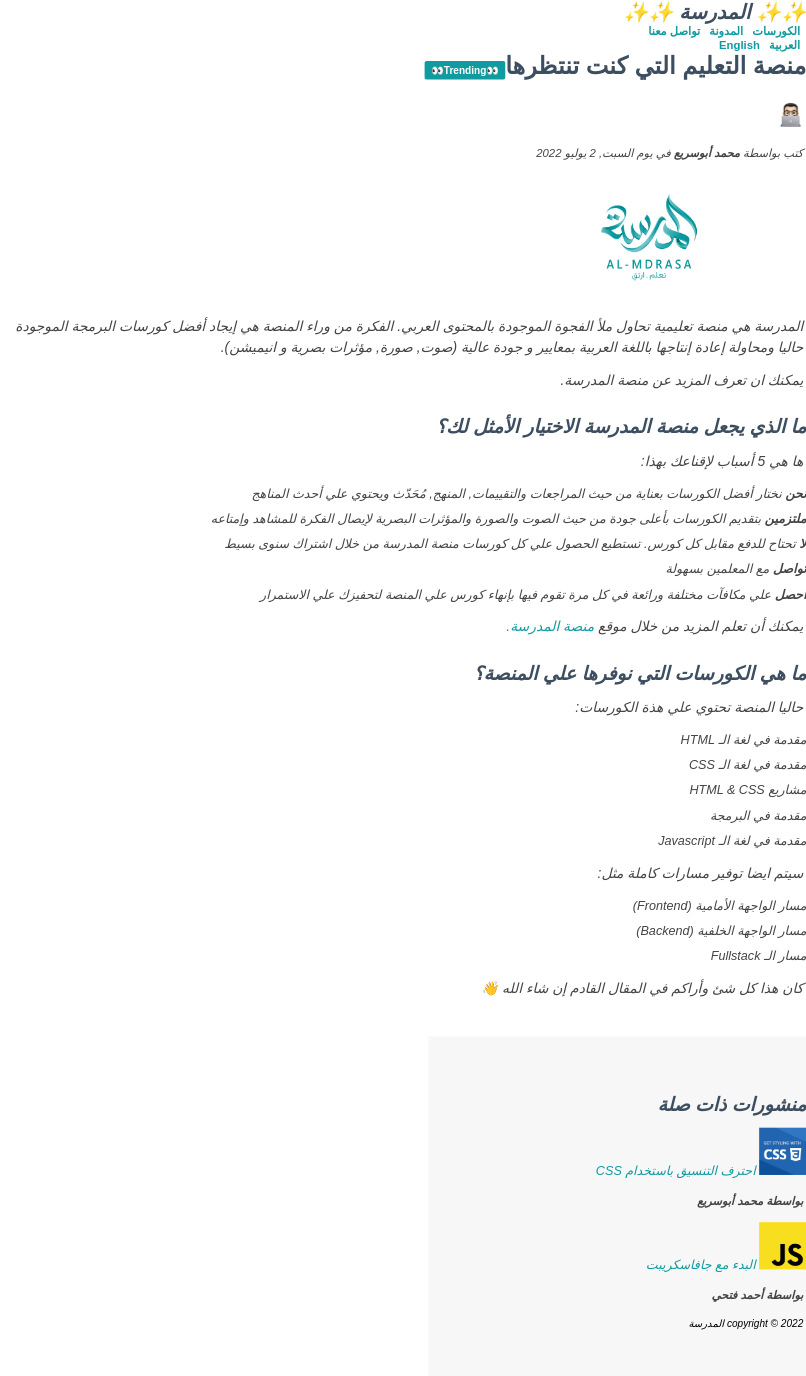
Repository: moataz305G/html-css-learning-project
Page: html&css&layout/index-ar.html
An editor plug-in stored every save of this project. The page is shown before and after the next save, followed by the edit.
The browser window is 1280 px wide. The pictures show the whole page, at 63% of full size.

Above is the page before, as saved 2025-11-08 10:46:37.

### html&css&layout/index-ar.html
<!DOCTYPE html>
<html lang="ar" dir="rtl">
  <head>
    <title>منصة التعليم التي كنت تنتظرها</title>
    <meta charset="UTF-8" />
    <meta
      name="description"
      content=" شارك الاخبار والمعلومات التقنية مع المجتمع التقني"
    />
    <meta
      name="keywords"
      content="المدرسة, تقنية, مدونة, html, css, javascript, برمجة, كود,frontend, backend, fullstack"
    />
    <link href="style.css" rel="stylesheet"/>
  </head>
<div></div>
  <body>
    <header>



      <h1>✨✨ المدرسة ✨✨</h1>
      <nav aria-label="primary navigation">
        <a href="corses.html">الكورسات</a>
        <a href="#">المدونة</a>
        <a href="#">تواصل معنا</a>
      </nav>

      <nav aria-label="language navigation">
        <a href="index-ar.html">العربية</a>
        <a href="index.html">English</a>
      </nav>

    </header>

    <article>
      <header>
        <h2>منصة التعليم التي كنت تنتظرها</h2>

        <img
          src="img/mohamed-abusrea.jpg"
          alt="right a post"
          width="50"
          height="50"
        />

        <p id="author">
          كتب بواسطة <strong>محمد أبوسريع</strong> في يوم السبت, 2 يوليو 2022
        </p>

        <img
          src="img/post-img.jpg"
          alt="picture of almdrasa"
          width="500"
          height="200"
        />
      </header>
      <p>
        <em>المدرسة<em> هي منصة تعليمية تحاول ملأ الفجوة الموجودة بالمحتوى العربي. الفكرة من وراء المنصة هي إيجاد أفضل كورسات البرمجة الموجودة حاليا ومحاولة إعادة إنتاجها  باللغة العربية بمعايير و جودة عالية (صوت, صورة, مؤثرات بصرية و انيميشن).

      </p>
      <p>
         يمكنك ان تعرف المزيد عن منصة المدرسة.
      </p>
      <h3>ما الذي يجعل منصة المدرسة الاختيار الأمثل لك؟</h3>
      <p>ها هي 5 أسباب لإقناعك بهذا:</p>

      <ol>
        <li>
          <strong>نحن</strong> نختار أفضل الكورسات بعناية من حيث المراجعات والتقييمات, المنهج, مُحَدّث ويحتوي علي أحدث المناهج
        </li>
        <li>
          <strong>ملتزمين</strong> بتقديم الكورسات بأعلى جودة من حيث الصوت والصورة والمؤثرات البصرية لإيصال الفكرة للمشاهد وإمتاعه
        </li>
        <li>
          <strong>لا</strong> تحتاح للدفع مقابل كل كورس. تستطيع الحصول علي كل كورسات منصة المدرسة من خلال اشتراك سنوى بسيط
        </li>
        <li><strong>تواصل</strong> مع المعلمين بسهولة</li>
        <li>
          <strong>احصل</strong> علي مكافآت مختلفة ورائعة في كل مرة تقوم فيها بإنهاء كورس علي المنصة لتحفيزك علي الاستمرار
        </li>
      </ol>

      <p>
        يمكنك أن تعلم المزيد من خلال موقع
        <a href="https://almdrasa.com" target="_blank">منصة المدرسة. </a>
      </p>
      <h3>ما هي الكورسات التي نوفرها علي المنصة؟</h3>
      <p>
        حاليا المنصة تحتوي علي هذة الكورسات:
      </p>

      <ul>
        <li>مقدمة في لغة الـ HTML</li>
        <li>مقدمة في لغة الـ CSS</li>
        <li>مشاريع HTML & CSS</li>
        <li>مقدمة في البرمجة</li>
        <li>مقدمة في لغة الـ Javascript</li>
      </ul>

      <p>سيتم ايضا توفير مسارات كاملة مثل:      </p>

      <ul>
        <li>مسار الواجهة الأمامية (Frontend)</li>
        <li>مسار الواجهة الخلفية (Backend)</li>
        <li>مسار الـ Fullstack</li>
      </ul>

      <p>كان هذا كل شئ وأراكم في المقال القادم إن شاء الله 👋</p>

    </article>

    <aside>
      <h3>
        <strong> منشورات ذات صلة </strong>
      </h3>

      <ul class="related-post">
        <li>
          <img
            src="img/related-1.jpg"
            alt="related picture"
            width="75"
            height="75"
          />
          <a href="#"> احترف التنسيق باستخدام CSS</a>
          <p class="related-author">بواسطة محمد أبوسريع</p>
        </li>

        <li>
          <img
            src="img/related-2.jpg"
            alt="related picture"
            width="75"
            height="75"
          />
          <a href="#">البدء مع جافاسكريبت</a>
          <p class="related-author">بواسطة أحمد فتحي</p>
        </li>
      </ul>
    <footer>
      <p id="copyright">
      copyright &#169; 2022 المدرسة
      </p>
    </footer>
  </body>
</html>

### html&css&layout/style.css
/*h1,
h2,
h3,
h4,
p,
a,
li {
  font-family: sans-serif;
  color: #444;
}*/
* {
  margin: 0;
  padding: 0;
}
body {
  position: relative;
  font-family: sans-serif;
  color: #444;
}
.container {
  width: 800px;
  margin: 0 auto;
}
h1,
h2,
h3 {
  color: #3d4e60;
}

h1 {
  font-size: 32px;
  text-transform: uppercase;
  font-style: italic;
}
h2 {
  font-size: 38px;
  margin-bottom: 30px;
}
h3 {
  font-size: 30px;
  margin-bottom: 20px;
  margin-top: 40px;
}
h4 {
  font-size: 26px;
  text-transform: uppercase;
  text-align: center;
}
p {
  font-size: 22px;
  line-height: 1.5;
  margin: 20px 5px;
}

li {
  font-size: 20px;
  margin-bottom: 10px;
  line-height: 1.5;
}
li:last-child {
  margin-bottom: 0px;
}

/* footer p {
  font-size: 18px;
} */

#author {
  font-size: 18px;
  font-style: italic;
}

#copyright {
  font-size: 16px;
}

.related-post {
  list-style: none;
}

.related-author {
  font-size: 18px;
  font-weight: bold;
}

.main-header {
  background-color: #f7f7f7;
  padding: 20px;
  margin-bottom: 60px;
  height: 80px;
}

aside {
  background-color: #f7f7f7;
  padding: 50px 0px;
  width: 600px;
}

/* styling link */
nav a {
  margin-right: 10px;
  font-size: 18px;
  font-weight: bold;
}

a:link {
  color: #109ba1;
  text-decoration: none;
}

a:visited {
  color: #3af7fd;
}

a:hover {
  color: #f0035a;
  text-decoration: underline;
}
a:active {
  background-color: black;
}

/* footer colors */
#copyright {
  color: #000000;
}

.post-header {
  margin-bottom: 40px;
}

ul,
ol {
  margin-left: 50px;
  margin-bottom: 20px;
}

article {
  margin-bottom: 60px;
}

.post-img {
  width: 100%;
  height: auto;
  box-shadow: 0 0 10px rgba(0, 0, 0, 0.3);
}

.reactions {
  position: absolute;
  bottom: 50px;
  right: 50px;
}
/* psudo-elements */

h2::after {
  content: "👀Trending👀";
  background-color: #109ba0;
  color: #fff;
  font-size: 16px;
  font-weight: bold;
  display: inline-block;
  margin-left: 15px;
  margin-top: 10px;
  padding: 5px 10px;
  border-radius: 3px;
}

/* h2::first-letter {
  font-size: 60px;
}
ul,
ol {
  list-style: none;
}
li::before {
  content: "";
  display: inline-block;
  width: 10px;
  height: 10px;
  background-color: blue;
  margin-right: 5px;
} */

After the next save:
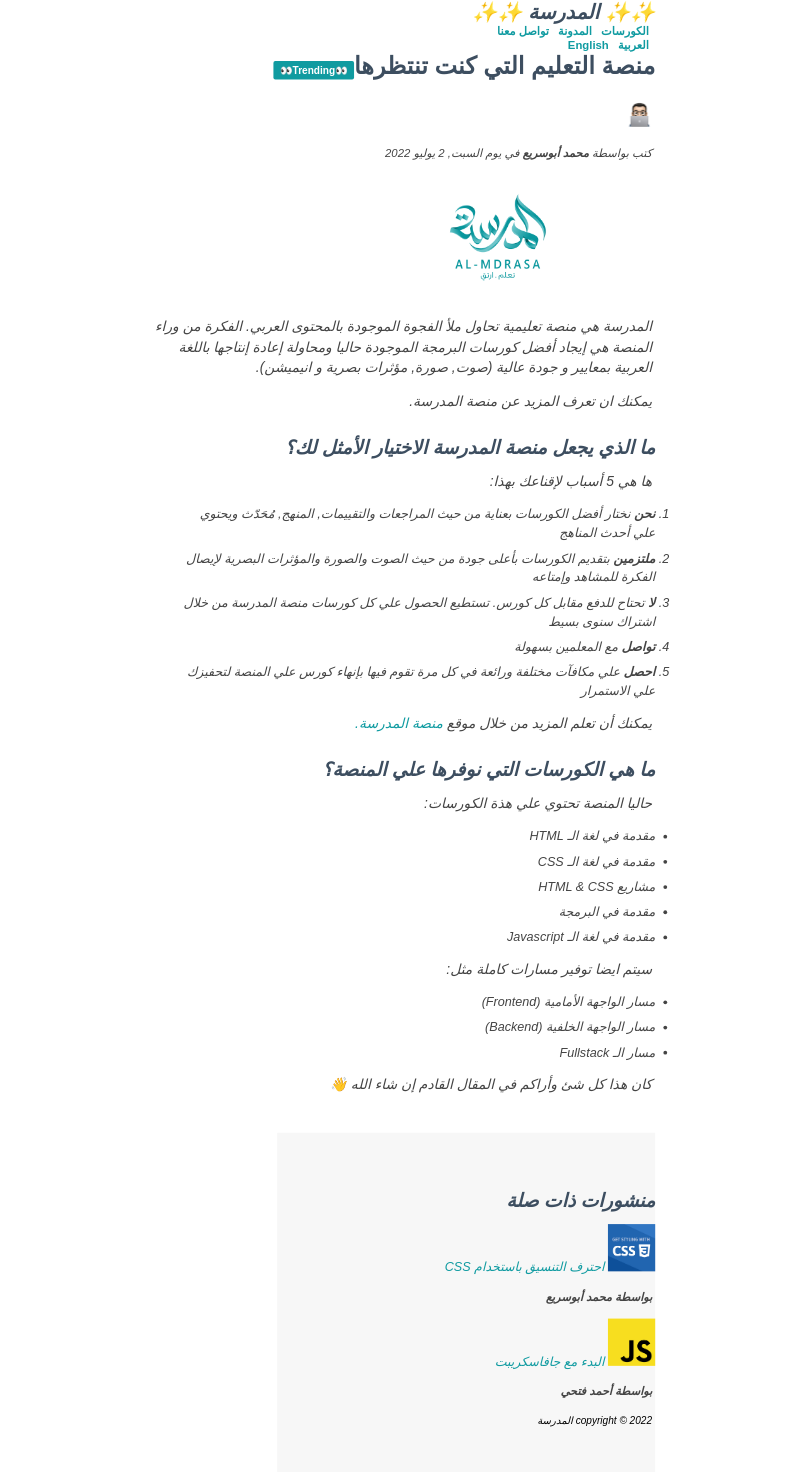
Saved 98 s later.
--- a/html&css&layout/index-ar.html
+++ b/html&css&layout/index-ar.html
@@ -13,8 +13,9 @@
     />
     <link href="style.css" rel="stylesheet"/>
   </head>
-<div></div>
   <body>
+<div class="container">
+
     <header>
 
 
@@ -143,5 +144,9 @@
       copyright &#169; 2022 المدرسة
       </p>
     </footer>
+
+</div>
   </body>
+
+
 </html>
